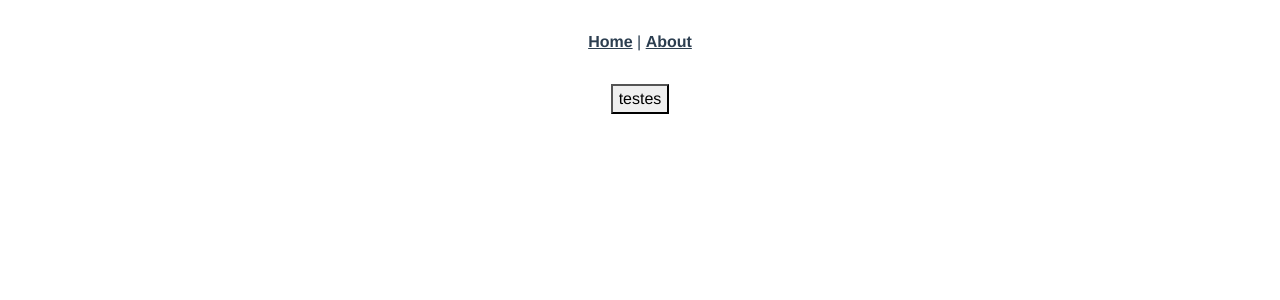
Repository: caiomitsuo/ContactsVueJs
Page: /lista
These files come from the project's save history. The page is drawn as it stood at one moment and after a run of saves; the edit follows.
The browser window is 1280 px wide. The pictures show the whole page.
The page's requests for data from a server got no answer. The project was rebuilt for these pictures with package versions that can differ from the ones it lists, and the page was loaded fresh each time. No one was signed in, and anything a server would have sent is missing. Also part of the build but not shown: vue.config.js, src/components/HelloWorld.vue, src/views/HomeView.vue.

Above is the page before, as saved 2022-04-30 12:24:43.

### src/main.js
import Vue from 'vue'
import App from './App.vue'
import router from './router'
import store from './store'
import { BootstrapVue, IconsPlugin } from 'bootstrap-vue'
import './plugins/axios'

// Import Bootstrap and BootstrapVue CSS files (order is important)
import 'bootstrap/dist/css/bootstrap.css'
import 'bootstrap-vue/dist/bootstrap-vue.css'

// Make BootstrapVue available throughout your project
Vue.use(BootstrapVue)
// Optionally install the BootstrapVue icon components plugin
Vue.use(IconsPlugin)

Vue.config.productionTip = false

new Vue({
  router,
  store,
  render: h => h(App)
}).$mount('#app')

### src/App.vue
<template>
  <div id="app">
    <nav>
      <router-link to="/">Home</router-link> |
      <router-link to="/about">About</router-link>
    </nav>
    <router-view/>
  </div>
</template>
<script>
export default ({
  created() {
    this.$http.get('/ping').then((response) => {
      console.log(response)
    })
  },
})
</script>
<style>
#app {
  font-family: Avenir, Helvetica, Arial, sans-serif;
  -webkit-font-smoothing: antialiased;
  -moz-osx-font-smoothing: grayscale;
  text-align: center;
  color: #2c3e50;
}

nav {
  padding: 30px;
}

nav a {
  font-weight: bold;
  color: #2c3e50;
}

nav a.router-link-exact-active {
  color: #42b983;
}
</style>

### src/router/index.js
import Vue from 'vue'
import VueRouter from 'vue-router'
import HomeView from '../views/HomeView.vue'
import ListView from '../views/ListView.vue'
Vue.use(VueRouter)

const routes = [
  {
    path: '/',
    name: 'home',
    component: HomeView
  },
  {
    path: '/about',
    name: 'about',
    // route level code-splitting
    // this generates a separate chunk (about.[hash].js) for this route
    // which is lazy-loaded when the route is visited.
    component: () => import(/* webpackChunkName: "about" */ '../views/AboutView.vue')
  },
  {
    path: '/lista',
    name: 'lista',
    component:ListView
  }
]

const router = new VueRouter({
  mode: 'history',
  base: process.env.BASE_URL,
  routes
})

export default router

### src/plugins/axios.js
import Vue from 'vue'
import axios from 'axios'

axios.defaults.baseURL = 'http://127.0.0.1:8000/api/'

Vue.use({
    install(Vue){
        Vue.prototype.$http = axios
    }
})

### src/views/ListView.vue
<template>
  <div>
    <button>testes</button>
  </div>
</template>

<script>
export default {};
</script>

<style lang="scss" scoped>
</style>

Loaded but not shown: public/index.html (common file); src/store/index.js (common file)

After the next 2 saves:
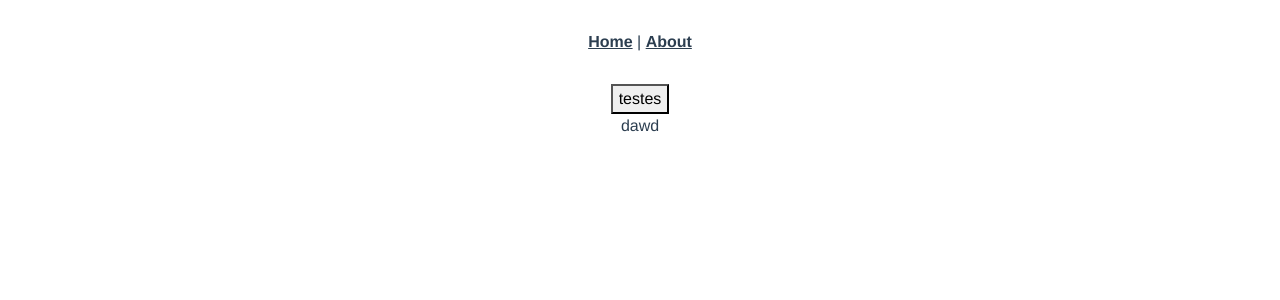
The 2 saves are shown as one change because they came seconds apart.
The last was saved 11 s later.
--- a/src/views/ListView.vue
+++ b/src/views/ListView.vue
@@ -1,6 +1,9 @@
 <template>
   <div>
     <button>testes</button>
+    <div>
+        dawd
+    </div>
   </div>
 </template>
 
